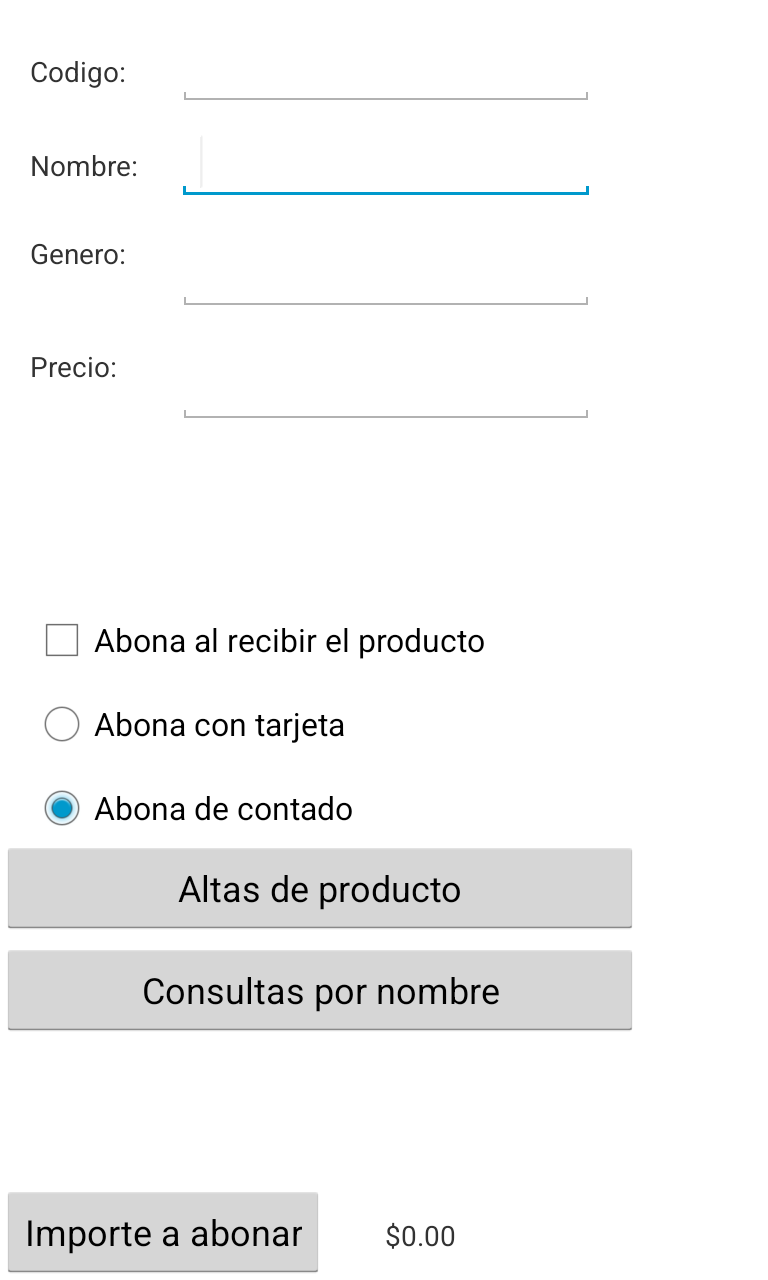
Repository: unknoman/javaAndroidDesempenos
Layout: parcial2h/res/layout/activity_main.xml
An editor plug-in stored every save of this project. The layout is shown before and after the next save, followed by the edit.
It is drawn on a 768 x 1280 px phone screen (xhdpi) without system bars, with theme AppTheme; the app's code is not run.

Above is the layout before, as saved 2022-06-16 06:38:42.

### parcial2h/res/layout/activity_main.xml
<RelativeLayout xmlns:android="http://schemas.android.com/apk/res/android"
    xmlns:tools="http://schemas.android.com/tools"
    android:layout_width="match_parent"
    android:layout_height="match_parent"
    tools:context=".MainActivity" >

    <TextView
        android:id="@+id/textView2"
        android:layout_width="wrap_content"
        android:layout_height="wrap_content"
        android:layout_alignParentLeft="true"
        android:layout_below="@+id/textView1"
        android:layout_marginLeft="15dp"
        android:layout_marginTop="28dp"
        android:text="Nombre:" />

    <TextView
        android:id="@+id/textView1"
        android:layout_width="wrap_content"
        android:layout_height="wrap_content"
        android:layout_alignLeft="@+id/textView2"
        android:layout_alignParentTop="true"
        android:layout_marginTop="26dp"
        android:text="Codigo:" />

    <TextView
        android:id="@+id/textView3"
        android:layout_width="wrap_content"
        android:layout_height="wrap_content"
        android:layout_alignRight="@+id/textView1"
        android:layout_below="@+id/textView2"
        android:layout_marginTop="25dp"
        android:text="Genero:" />

    <EditText
        android:id="@+id/et1"
        android:layout_width="wrap_content"
        android:layout_height="wrap_content"
        android:layout_alignBaseline="@+id/textView1"
        android:layout_alignBottom="@+id/textView1"
        android:layout_marginLeft="19dp"
        android:layout_toRightOf="@+id/textView2"
        android:ems="10"
        android:inputType="number" />

    <EditText
        android:id="@+id/et2"
        android:layout_width="wrap_content"
        android:layout_height="wrap_content"
        android:layout_alignBaseline="@+id/textView2"
        android:layout_alignBottom="@+id/textView2"
        android:layout_alignLeft="@+id/et1"
        android:ems="10" >

        <requestFocus />
    </EditText>

    <EditText
        android:id="@+id/et3"
        android:layout_width="wrap_content"
        android:layout_height="wrap_content"
        android:layout_alignLeft="@+id/et2"
        android:layout_alignTop="@+id/textView3"
        android:ems="10" />

    <EditText
        android:id="@+id/et4"
        android:layout_width="wrap_content"
        android:layout_height="wrap_content"
        android:layout_alignLeft="@+id/et3"
        android:layout_alignTop="@+id/textView4"
        android:ems="10"
        android:inputType="numberDecimal" />

    <TextView
        android:id="@+id/textView4"
        android:layout_width="wrap_content"
        android:layout_height="wrap_content"
        android:layout_alignLeft="@+id/textView2"
        android:layout_below="@+id/et3"
        android:layout_marginTop="17dp"
        android:text="Precio:" />

    <CheckBox
        android:id="@+id/cb1"
        android:layout_width="wrap_content"
        android:layout_height="wrap_content"
        android:layout_alignLeft="@+id/textView4"
        android:layout_centerVertical="true"
        android:text="Abona al recibir el producto" />

    <Button
        android:id="@+id/button3"
        android:layout_width="wrap_content"
        android:layout_height="wrap_content"
        android:layout_alignParentBottom="true"
        android:layout_alignParentLeft="true"
        android:text="Importe a abonar" />

    <TextView
        android:id="@+id/tv1"
        android:layout_width="wrap_content"
        android:layout_height="wrap_content"
        android:layout_alignBaseline="@+id/button3"
        android:layout_alignBottom="@+id/button3"
        android:layout_alignRight="@+id/cb1"
        android:layout_marginRight="15dp"
        android:text="$0.00" />

    <RadioGroup
        android:id="@+id/radioGroup1"
        android:layout_width="wrap_content"
        android:layout_height="wrap_content"
        android:layout_alignLeft="@+id/cb1"
        android:layout_below="@+id/cb1" >

        <RadioButton
            android:id="rd2"
            android:layout_width="wrap_content"
            android:layout_height="wrap_content"
            android:layout_marginTop="10dp"
            android:text="Abona con tarjeta" />

        <RadioButton
            android:id="rd1"
            android:layout_width="wrap_content"
            android:layout_height="wrap_content"
            android:layout_marginTop="10dp"
            android:checked="true"
            android:text="Abona de contado" />
    </RadioGroup>

    <Button
        android:id="@+id/button1"
        android:layout_width="320dp"
        android:layout_height="wrap_content"
        android:layout_alignParentLeft="true"
        android:layout_below="@+id/radioGroup1"
        android:minWidth="64dp"
        android:text="Altas de producto" />

    <Button
        android:id="@+id/button2"
        android:layout_width="320dp"
     android:layout_marginTop="3dp"
        android:layout_height="wrap_content"
        android:layout_alignParentLeft="true"
        android:layout_below="@+id/button1"
        android:text="Consultas por nombre" />

</RelativeLayout>

Loaded but not shown: parcial2h/res/values/styles.xml (common file); parcial2h/res/values-v11/styles.xml (common file); parcial2h/res/values-v14/styles.xml (common file)

After the next save:
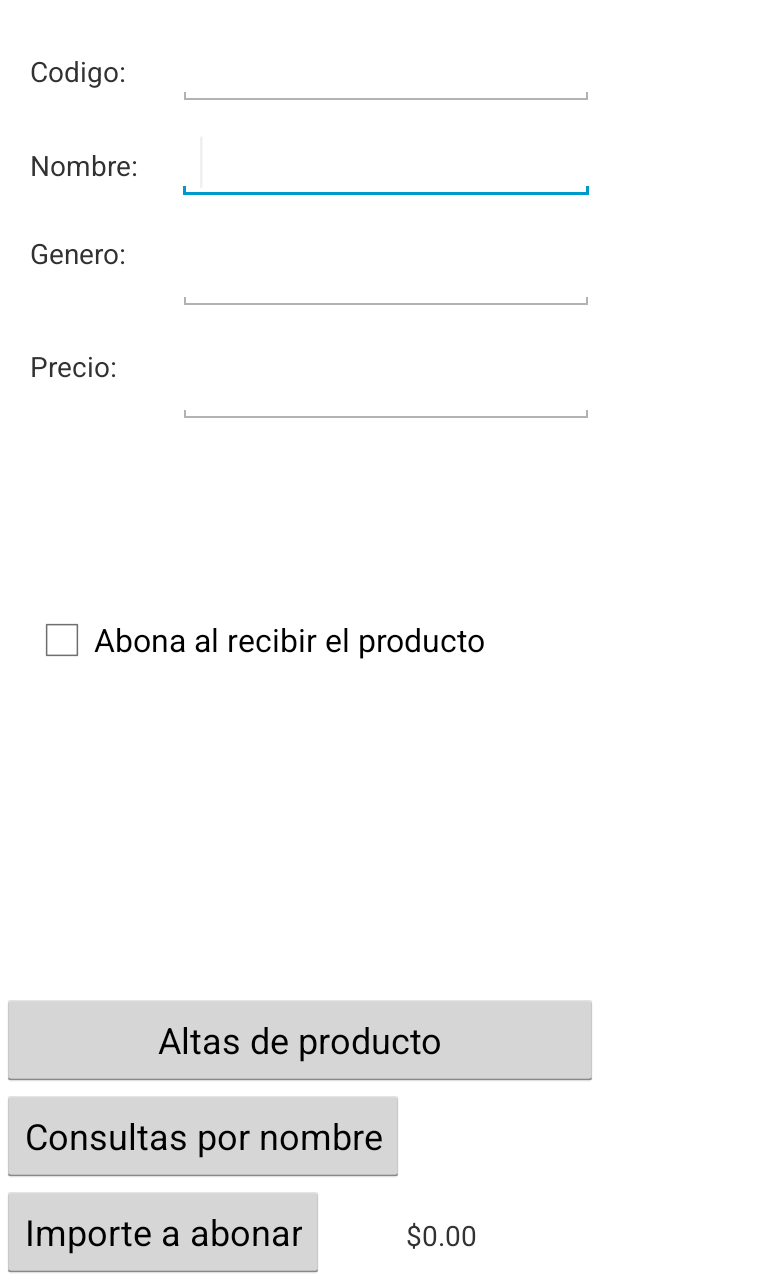
Saved 3 min 50 s later.
--- a/parcial2h/res/layout/activity_main.xml
+++ b/parcial2h/res/layout/activity_main.xml
@@ -97,55 +97,30 @@
         android:layout_alignParentLeft="true"
         android:text="Importe a abonar" />
 
+    <Button
+        android:id="@+id/button2"
+        android:layout_width="wrap_content"
+        android:layout_height="wrap_content"
+        android:layout_above="@+id/button3"
+        android:layout_alignParentLeft="true"
+        android:text="Consultas por nombre" />
+
+    <Button
+        android:id="@+id/button1"
+        android:layout_width="300dp"
+        android:layout_height="wrap_content"
+        android:layout_above="@+id/button2"
+        android:layout_alignParentLeft="true"
+        android:minWidth="64dp"
+        android:text="Altas de producto" />
+
     <TextView
         android:id="@+id/tv1"
         android:layout_width="wrap_content"
         android:layout_height="wrap_content"
         android:layout_alignBaseline="@+id/button3"
         android:layout_alignBottom="@+id/button3"
-        android:layout_alignRight="@+id/cb1"
-        android:layout_marginRight="15dp"
+        android:layout_toRightOf="@+id/button2"
         android:text="$0.00" />
 
-    <RadioGroup
-        android:id="@+id/radioGroup1"
-        android:layout_width="wrap_content"
-        android:layout_height="wrap_content"
-        android:layout_alignLeft="@+id/cb1"
-        android:layout_below="@+id/cb1" >
-
-        <RadioButton
-            android:id="rd2"
-            android:layout_width="wrap_content"
-            android:layout_height="wrap_content"
-            android:layout_marginTop="10dp"
-            android:text="Abona con tarjeta" />
-
-        <RadioButton
-            android:id="rd1"
-            android:layout_width="wrap_content"
-            android:layout_height="wrap_content"
-            android:layout_marginTop="10dp"
-            android:checked="true"
-            android:text="Abona de contado" />
-    </RadioGroup>
-
-    <Button
-        android:id="@+id/button1"
-        android:layout_width="320dp"
-        android:layout_height="wrap_content"
-        android:layout_alignParentLeft="true"
-        android:layout_below="@+id/radioGroup1"
-        android:minWidth="64dp"
-        android:text="Altas de producto" />
-
-    <Button
-        android:id="@+id/button2"
-        android:layout_width="320dp"
-     android:layout_marginTop="3dp"
-        android:layout_height="wrap_content"
-        android:layout_alignParentLeft="true"
-        android:layout_below="@+id/button1"
-        android:text="Consultas por nombre" />
-
 </RelativeLayout>
